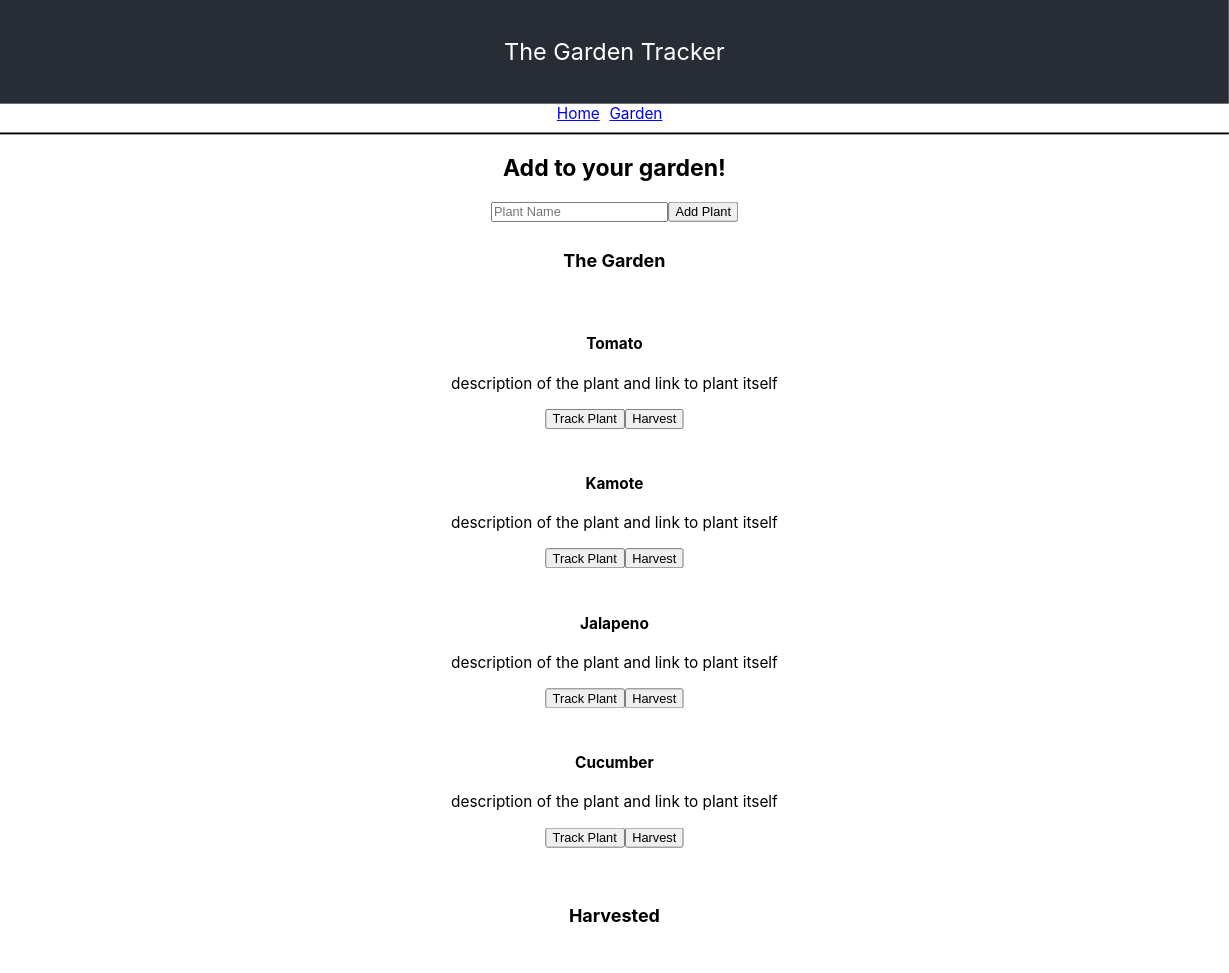
Repository: charliejp0311/gardentracker
Page: /garden
An editor plug-in stored every save of this project. The page is shown before and after the next save, followed by the edit.
The browser window is 1280 px wide. The pictures show the whole page, at 96% of full size.
The project was rebuilt for these pictures with package versions that can differ from the ones it lists, and the page was loaded fresh each time. Also part of the build but not shown: src/components/GardenHome.js.

Above is the page before, as saved 2020-10-30 11:14:06.

After the next save:
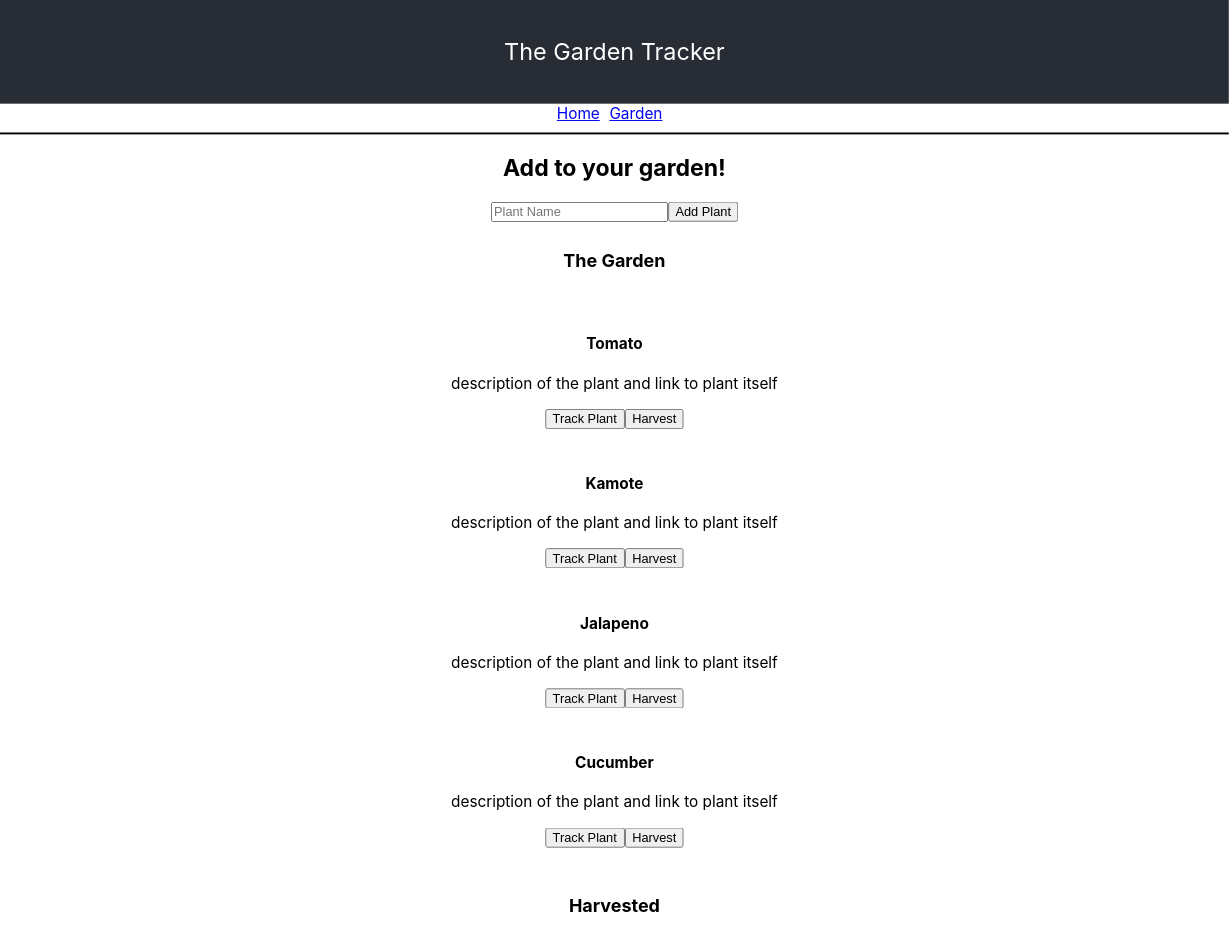
Saved 77 s later.
--- a/src/components/Harvest.js
+++ b/src/components/Harvest.js
@@ -10,7 +10,7 @@ class Harvest extends Component{
             )
         });
         return(
-            <div className='garden'>
+            <div className='harvest'>
                 <h3>Harvested</h3>
                 {showPlants}
             </div>
